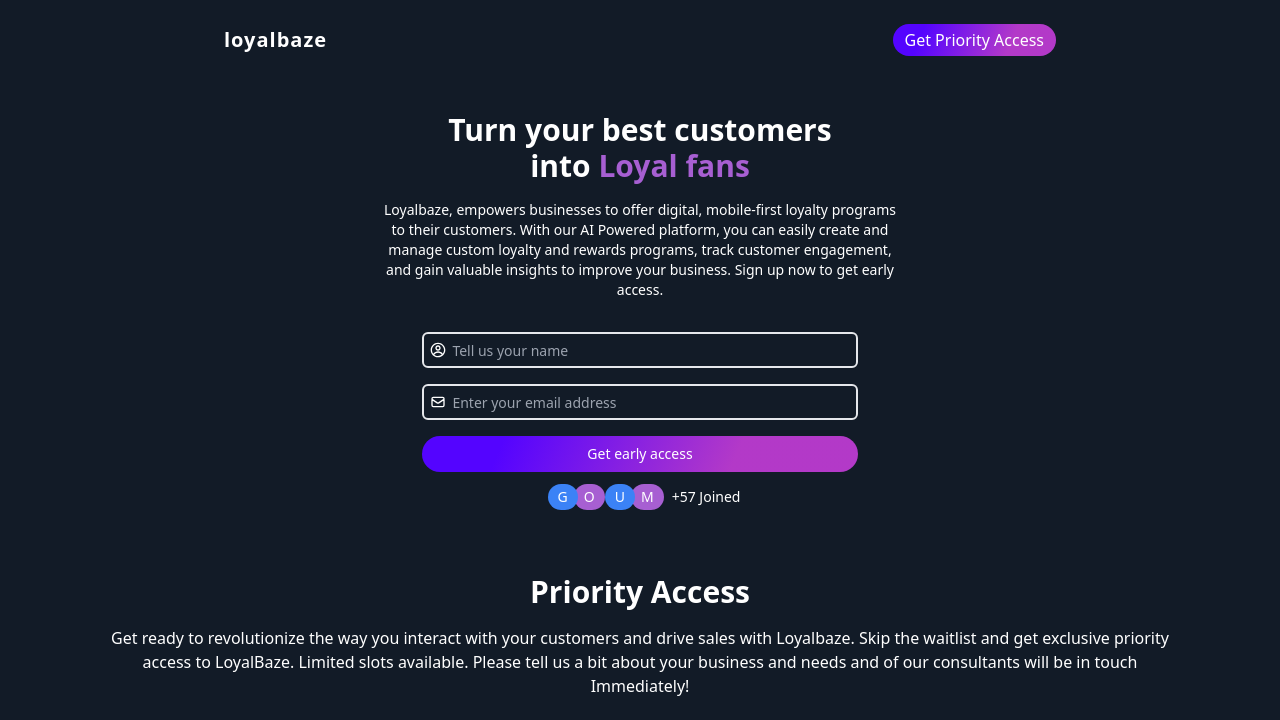
Repository: Jerified/loyalbaze
Page: /
These files come from the project's save history. The page is drawn as it stood at one moment and after the next save; the edit follows.
The browser window is 1280 px wide. The pictures show the whole page.
The project was rebuilt for these pictures with package versions that can differ from the ones it lists, and the page was loaded fresh each time. The framework's server and built-in components were replaced by stand-ins that run in the browser. Also part of the build but not shown: next.config.js.

Above is the page before, as saved 2023-02-11 07:20:46.

### src/app/layout.tsx
import Header from '@/components/Header'

import './globals.css'
import Providers from './Providers';

export default function RootLayout({
  children,
}: {
  children: React.ReactNode
}) {
  return (
    <html lang="en">
      <head />
      <body>
          <Header />
          {children}
      </body>
    </html>
  );
}

### src/app/page.tsx
import Contents from "@/components/Contents";
import Form from "@/components/Form";


export default async function Home() {

  return  (
  <main className='max-w-6xl mx-auto px-8'>
    <Contents />
    <Form />
  </main>
  )
}

### src/components/Header.tsx

import { AiFillHome } from "react-icons/ai";
import { BsFillInfoCircleFill } from "react-icons/bs";
import Link from "next/link";

export default function Header() {
  return (
    <div className="flex justify-between px-8 max-w-4xl sm:mx-auto items-center py-6">
      <div className="text-xl font-semibold tracking-wider ">loyalbaze</div>

      <button className=" px-3 py-1 rounded-full bg-[linear-gradient(112.92deg,_#5404FF_18.35%,rgba(189,_59,_210,_0.94)_71.49%)]">
        <div className="bg-inherit">Get Priority Access</div>
      </button>
    </div>
  );
}

### src/app/globals.css
@tailwind base;
@tailwind components;
@tailwind utilities;

body{
  background-color: #121B27;
  color: white
}

### src/components/Contents.tsx
import React from 'react'
import {CgProfile} from 'react-icons/cg'
import { HiOutlineMail } from "react-icons/hi";

const Contents = () => {
  return (
    <div className="pt-8  pb-16">
      <h1 className="font-bold text-center text-3xl max-w-sm mx-auto ">
        Turn your best customers into{" "}
        <span className="text-[#A75FD2] ">Loyal fans</span>
      </h1>
      <p className="text-center pt-4 max-w-[22rem] md:max-w-lg mx-auto text-sm ">
        Loyalbaze, empowers businesses to offer digital, mobile-first loyalty
        programs to their customers. With our AI Powered platform, you can
        easily create and manage custom loyalty and rewards programs, track
        customer engagement, and gain valuable insights to improve your
        business. Sign up now to get early access.
      </p>
      <form action="" className="pt-8 grid place-items-center gap-4 pb-3">
        <div className="w-[80%] md:w-[60%] lg:w-[40%] relative flex items-center">
          <input
            type="text"
            className=" bg-inherit border-2 w-full rounded-md py-1 px-2 pl-7 placeholder:text-[14px] "
            placeholder="Tell us your name"
          />
          <CgProfile className="absolute left-2 top-[50%] -translate-y-[50%]" />
        </div>
        <div className="w-[80%] md:w-[60%] lg:w-[40%] relative flex items-center">
          <input
            type="text"
            className=" bg-inherit border-2 w-full rounded-md py-1 px-2 pl-7 placeholder:text-[14px] placeholder:pt-[-1px] "
            placeholder="Enter your email address"
          />
          <HiOutlineMail className="absolute left-2 top-[50%] -translate-y-[50%]" />
        </div>
        <button className="text-sm bg-[linear-gradient(112.92deg,_#5404FF_18.35%,rgba(189,_59,_210,_0.94)_71.49%)] rounded-full w-[80%] md:w-[60%] lg:w-[40%] py-2">
          Get early access
        </button>
      </form>
      <div className="flex relative text-sm justify-center items-center">
          <p className="bg-blue-500 rounded-full w-fit px-[10px] py-[3px] relative  left-2 z-10">
            G
          </p>
          <p className="bg-[#A75FD2] rounded-full w-fit px-[10px] py-[3px] relative left-1">
            O
          </p>
          <p className="bg-blue-500 rounded-full w-fit px-[10px] py-[3px] relative left-1">
            U
          </p>
          <p className="bg-[#A75FD2] rounded-full w-fit px-[10px] py-[3px]">
            M
          </p>
          <p className="pl-2 font-medium">+57 Joined</p>
      </div>
    </div>
  );
}

export default Contents

### src/components/Form.tsx
import React from 'react'

const Form = () => {
  return (
    <>
      <main className="">
        <div className="text-center">
          <h1 className="font-semibold text-3xl ">Priority Access</h1>
          <p className="pt-4 text">
            Get ready to revolutionize the way you interact with your customers
            and drive sales with Loyalbaze. Skip the waitlist and get exclusive
            priority access to LoyalBaze. Limited slots available. Please tell
            us a bit about your business and needs and of our consultants will
            be in touch Immediately!
          </p>
        </div>
      </main>
    </>
  );
}

export default Form

### tailwind.config.js
/** @type {import('tailwindcss').Config} */
module.exports = {
  content: ["./src/**/*.{html,js,jsx,ts,tsx}"],
  theme: {
    extend: {},
  },
  plugins: [],
  darkMoode:"class"
}

After the next save:
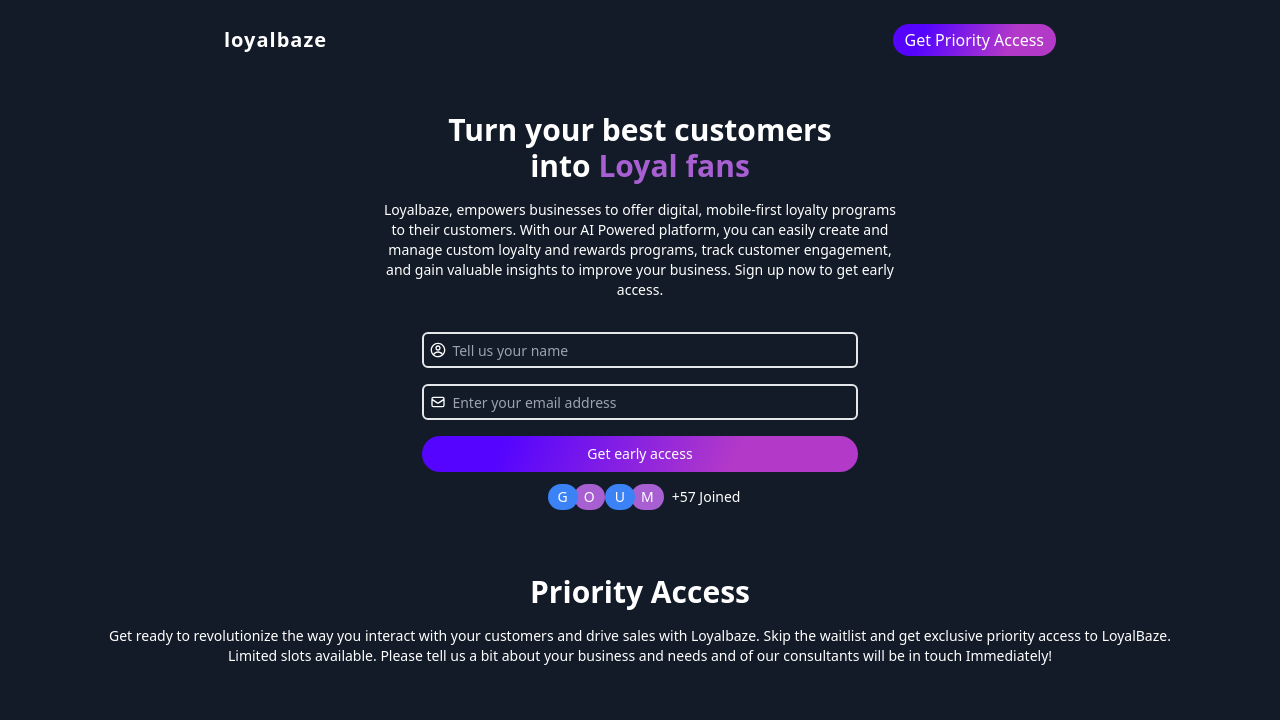
Saved 10 s later.
--- a/src/components/Form.tsx
+++ b/src/components/Form.tsx
@@ -6,7 +6,7 @@ const Form = () => {
       <main className="">
         <div className="text-center">
           <h1 className="font-semibold text-3xl ">Priority Access</h1>
-          <p className="pt-4 text">
+          <p className="pt-4 text-sm ">
             Get ready to revolutionize the way you interact with your customers
             and drive sales with Loyalbaze. Skip the waitlist and get exclusive
             priority access to LoyalBaze. Limited slots available. Please tell
